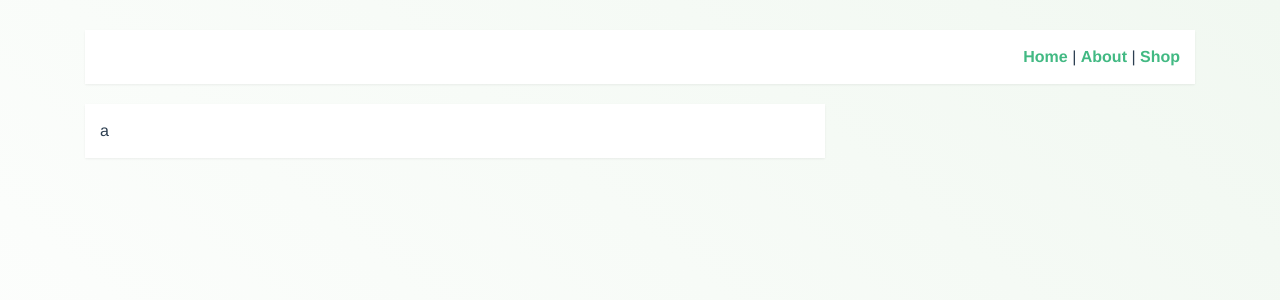
Repository: ramcd86/vuetest
Page: /#/shop
An editor plug-in stored every save of this project. The page is shown before and after the next save, followed by the edit.
The browser window is 1280 px wide. The pictures show the whole page.
The project was rebuilt for these pictures with package versions that can differ from the ones it lists, and the page was loaded fresh each time. Requests to the local data server were answered from the project's data file. Also part of the build but not shown: src/components/HelloWorld.vue, src/views/Home.vue.

Above is the page before, as saved 2019-07-08 13:37:59.

### public/index.html
<!DOCTYPE html>
<html lang="en">
  <head>
    <meta charset="utf-8">
    <meta http-equiv="X-UA-Compatible" content="IE=edge">
    <meta name="viewport" content="width=device-width,initial-scale=1.0">
    <link rel="icon" href="<%= BASE_URL %>favicon.ico">
    <link href="https://stackpath.bootstrapcdn.com/bootstrap/4.3.1/css/bootstrap.min.css" rel="stylesheet" integrity="sha384-ggOyR0iXCbMQv3Xipma34MD+dH/1fQ784/j6cY/iJTQUOhcWr7x9JvoRxT2MZw1T" crossorigin="anonymous">
    <link href="https://stackpath.bootstrapcdn.com/font-awesome/4.7.0/css/font-awesome.min.css" rel="stylesheet" integrity="sha384-wvfXpqpZZVQGK6TAh5PVlGOfQNHSoD2xbE+QkPxCAFlNEevoEH3Sl0sibVcOQVnN" crossorigin="anonymous">
    <title>storeapp</title>
    <style>
    body {
      margin: 0px;
      padding: 0px;
    }
    .container-fluid {
      background: rgb(241,248,241);
      background: -moz-linear-gradient(220deg, rgba(241,248,241,1) 0%, rgba(255,255,255,1) 100%);
      background: -webkit-linear-gradient(220deg, rgba(241,248,241,1) 0%, rgba(255,255,255,1) 100%);
      background: linear-gradient(220deg, rgba(241,248,241,1) 0%, rgba(255,255,255,1) 100%);
      filter: progid:DXImageTransform.Microsoft.gradient(startColorstr="#f1f8f1",endColorstr="#ffffff",GradientType=1);
      min-height: 100vh;
      padding-bottom: 200px;
    }
    </style>
  </head>
  <body>
    <noscript>
      <strong>We're sorry but storeapp doesn't work properly without JavaScript enabled. Please enable it to continue.</strong>
    </noscript>
    <main  class="container-fluid">
    <div id="app"></div>
  </main>
    <!-- built files will be auto injected -->
  </body>
</html>

### src/App.vue
<template>
  <div id="app">
    <div id="nav" class="container">
    <div class="row">
      <div class="col-12 block text-right">
            <router-link to="/">Home</router-link> |
            <router-link to="/about">About</router-link> |
            <router-link :to="{ name: 'shop', params: { queryData } }">Shop</router-link>
      </div>
    </div>
        <router-view />
    </div>

  </div>
</template>


<script>
import { get, post } from "@/helpers/Utilities.js";

export default {


  data() {
    return {
      get: get,
      post: post,

      queryData:  {
        shirts: '',
        shoes: ''
      }
    };
  },

  created() {
    this.get("http://localhost:3000/shirts").then(resp => {
      this.queryData.shrts = JSON.parse(resp);
    });
    this.get("http://localhost:3000/shoes").then(resp => {
      this.queryData.shoes = JSON.parse(resp);
    });

  },

  methods: {},

  mounted() {
    console.log(this.queryData);
  }
};
</script>


<style lang="scss">

.block {
  background-color: #fff;
  padding: 15px;
  // border-radius: 10px;
    box-shadow: 0 1px 3px rgba(0,0,0,0.03), 0 1px 2px rgba(0,0,0,0.03);
  transition: all 0.3s cubic-bezier(.25,.8,.25,1);
  margin-bottom: 20px
}

#app {
  font-family: "Avenir", Helvetica, Arial, sans-serif;
  -webkit-font-smoothing: antialiased;
  -moz-osx-font-smoothing: grayscale;
  // text-align: center;
  color: #2c3e50;
}
#nav {
  padding: 30px;
  a {
    font-weight: bold;
    color: #42b983;
    &.router-link-exact-active {
      color: #42b983;
    }
  }
}
</style>

### src/router.js
import Vue from 'vue'
import Router from 'vue-router'
import Home from './views/Home.vue'
import Shop from './views/Shop.vue'

Vue.use(Router)

export default new Router({
  routes: [
    {
      path: '/',
      name: 'home',
      component: Home
    },
    {
      path: '/shop',
      name: 'shop',
      component: Shop,
      props: true
    },
    {
      path: '/about',
      name: 'about',
      // route level code-splitting
      // this generates a separate chunk (about.[hash].js) for this route
      // which is lazy-loaded when the route is visited.
      component: () => import(/* webpackChunkName: "about" */ './views/About.vue')
    }
  ]
})

### src/helpers/Utilities.js
export const logger = (arg) => {
    console.log(arg);
}


export const post = (value) => {
    return new Promise((resolve, reject) => {
        const request = new XMLHttpRequest();
        request.timeout = 2000;
        request.open('POST', value.url, true);
        request.setRequestHeader('Content-Type', 'application/x-www-form-urlencoded; charset=UTF-8');
        request.send(value.data);
        request.onreadystatechange = (e) => {
            if (request.readyState === 4) {
                if (request.status === 200) {
                    resolve(request.response);
                } else {
                    reject(request.status);
                }
            }
        };
        request.timeout = () => {
            reject("The operation timed out.");
        };
    });

}

export const get = (url) => {
    return new Promise((resolve, reject) => {
        const request = new XMLHttpRequest();
        request.timeout = 2000;
        request.onreadystatechange = function (e) {
            if (request.readyState === 4) {
                if (request.status === 200) {
                    resolve(request.response);
                } else {
                    reject(request.status);
                }
            }
        };
        request.ontimeout = function () {
            reject("The operation timed out.");
        };
        request.open('get', url, true);
        request.send();
    });
}

### src/views/Shop.vue

// Template
<template>
    <div class="row">
    <div class="col-8 block text-left">
        <ProductList v-bind:products="queryData"></ProductList>
    </div>
    <div class="col-4">
    </div>

    </div>
</template>

// Script
<script>

import ProductList from '@/components/ProductList.vue'

export default {

    components: {
        ProductList
    },

    name: 'shop',

    props: ['queryData'],

    data() {
        return {
            dataSet: [],
            inputData: ''
            }
    },

    created() {
        this.dataSet = this.queryData;
    },

    mounted() {
        // console.log(this.dataSet);
    },

    // watch: {
    //     inputData(val) {
    //         console.log(val)
    //     }
    // }
}
</script>

// Style
<style lang="scss" scoped>


</style>

### src/components/ProductList.vue

// Template
<template>
    <div class="row">
        <div class="col-12">
                <div v-for="item in products" v-bind:key="item.id">
                    {{item.id}} | {{item.first_name}} {{item.last_name}} | {{item.email}}
                </div>
                a
        </div>
    </div>
</template>

// Script
<script>
export default {
    name: 'productlist',

    props: {
        products: Array
    },

    data() {
        return {
            productData: [],
            // productData: ''
            }
    },

    created() {
        this.dataSet = this.productData;
    },

    mounted() {
        console.log(this.products);
    },

    watch: {
        inputData(val) {
            console.log(val)
        }
    }
}
</script>

// Style
<style lang="scss" scoped>


</style>

### src/mock/db.json
{
  "employees": [
    {
      "id": 1,
      "first_name": "Sebastian",
      "last_name": "Eschweiler",
      "email": "sebastian@codingthesmartway.com"
    },
    {
      "id": 2,
      "first_name": "Steve",
      "last_name": "Palmer",
      "email": "steve@codingthesmartway.com"
    },
    {
      "id": 3,
      "first_name": "Ann",
      "last_name": "Smith",
      "email": "ann@codingthesmartway.com"
    }
  ],
  "shirts": [
    {
      "id": 1,
      "shirtName": "Long Polo",
      "shirtColor": ["Black", "White", "Hawaiian", "Blue", "Yellow", "Red", "Green"],
      "shirtSize": ["XXS", "XS", "S", "M", "L", "XL", "XXL"],
      "price": 10.99
    },
    {
        "id": 2,
        "shirtName": "V-Neck Cuff",
        "shirtColor": ["Black", "White", "Hawaiian", "Blue", "Yellow", "Red", "Green"],
        "shirtSize": ["XXS", "XS", "S", "M", "L", "XL", "XXL"],
        "price": 9.99
      },
      {
        "id": 3,
        "shirtName": "Patch Tee",
        "shirtColor": ["Black", "White", "Hawaiian", "Blue", "Yellow", "Red", "Green"],
        "shirtSize": ["XXS", "XS", "S", "M", "L", "XL", "XXL"],
        "price": 13.99
      },
      {
        "id": 4,
        "shirtName": "High Tee",
        "shirtColor": ["Black", "White", "Hawaiian", "Blue", "Yellow", "Red", "Green"],
        "shirtSize": ["XXS", "XS", "S", "M", "L", "XL", "XXL"],
        "price": 19.99
      },
      {
        "id": 5,
        "shirtName": "Low Tee",
        "shirtColor": ["Black", "White", "Hawaiian", "Blue", "Yellow", "Red", "Green"],
        "shirtSize": ["XXS", "XS", "S", "M", "L", "XL", "XXL"],
        "price": 20.99
      },
      {
        "id": 6,
        "shirtName": "Round Cut",
        "shirtColor": ["Black", "White", "Hawaiian", "Blue", "Yellow", "Red", "Green"],
        "shirtSize": ["XXS", "XS", "S", "M", "L", "XL", "XXL"],
        "price": 16.99
      },
      {
        "id": 7,
        "shirtName": "Short Cut",
        "shirtColor": ["Black", "White", "Hawaiian", "Blue", "Yellow", "Red", "Green"],
        "shirtSize": ["XXS", "XS", "S", "M", "L", "XL", "XXL"],
        "price": 12.99
      },
      {
        "id": 8,
        "shirtName": "Button Trim",
        "shirtColor": ["Black", "White", "Hawaiian", "Blue", "Yellow", "Red", "Green"],
        "shirtSize": ["XXS", "XS", "S", "M", "L", "XL", "XXL"],
        "price": 7.99
      },
      {
        "id": 9,
        "shirtName": "",
        "shirtColor": ["Black", "White", "Hawaiian", "Blue", "Yellow", "Red", "Green"],
        "shirtSize": ["XXS", "XS", "S", "M", "L", "XL", "XXL"],
        "price": 5.99
      }
  ],
  "shoes": [
    {
      "id": 1,
      "shirtName": "Nike Run",
      "shirtColor": ["Street", "Green", "Rainbow", "Panther", "Cammo", "Sports", "Electric"],
      "shirtSize": [4, 5, 6, 7, 8, 9, 10, 11, 12, 13],
      "price": 59.99
    },
    {
        "id": 2,
        "shirtName": "Asics Treader",
        "shirtColor": ["Street", "Green", "Rainbow", "Panther", "Cammo", "Sports", "Electric"],
        "shirtSize": [4, 5, 6, 7, 8, 9, 10, 11, 12, 13],
        "price": 49.99
      },
      {
        "id": 3,
        "shirtName": "Reebok Feet",
        "shirtColor": ["Street", "Green", "Rainbow", "Panther", "Cammo", "Sports", "Electric"],
        "shirtSize": [4, 5, 6, 7, 8, 9, 10, 11, 12, 13],
        "price": 99.99
      },
      {
        "id": 4,
        "shirtName": "Addidias Hiker",
        "shirtColor": ["Street", "Green", "Rainbow", "Panther", "Cammo", "Sports", "Electric"],
        "shirtSize": [4, 5, 6, 7, 8, 9, 10, 11, 12, 13],
        "price": 39.99
      },
      {
        "id": 5,
        "shirtName": "Maran AmBUlates",
        "shirtColor": ["Street", "Green", "Rainbow", "Panther", "Cammo", "Sports", "Electric"],
        "shirtSize": [4, 5, 6, 7, 8, 9, 10, 11, 12, 13],
        "price": 149.99
      },
      {
        "id": 6,
        "shirtName": "House Sprinters",
        "shirtColor": ["Street", "Green", "Rainbow", "Panther", "Cammo", "Sports", "Electric"],
        "shirtSize": [4, 5, 6, 7, 8, 9, 10, 11, 12, 13],
        "price": 89.99
      },
      {
        "id": 7,
        "shirtName": "Dukang Ionics",
        "shirtColor": ["Street", "Green", "Rainbow", "Panther", "Cammo", "Sports", "Electric"],
        "shirtSize": [4, 5, 6, 7, 8, 9, 10, 11, 12, 13],
        "price": 239.99
      },
      {
        "id": 8,
        "shirtName": "Yeezy's",
        "shirtColor": ["Street", "Green", "Rainbow", "Panther", "Cammo", "Sports", "Electric"],
        "shirtSize": [4, 5, 6, 7, 8, 9, 10, 11, 12, 13],
        "price": 239.99
      },
      {
        "id": 9,
        "shirtName": "Fetchwear Black Opal",
        "shirtColor": ["Black", "White", "Hawaiian", "Blue", "Yellow", "Red", "Green"],
        "shirtSize": ["XXS", "XS", "S", "M", "L", "XL", "XXL"],
        "price": 74.99
      }
  ]
}

Loaded but not shown: src/main.js (common file)

After the next save:
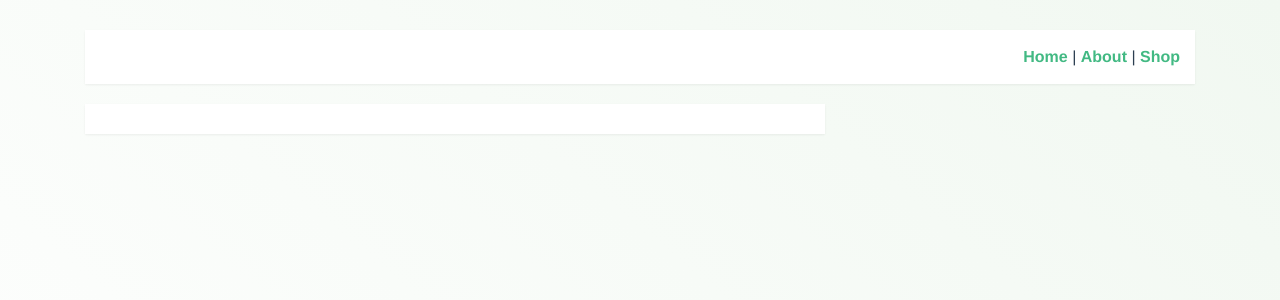
Saved 33 s later.
--- a/src/components/ProductList.vue
+++ b/src/components/ProductList.vue
@@ -3,8 +3,8 @@
 <template>
     <div class="row">
         <div class="col-12">
-                <div v-for="item in products" v-bind:key="item.id">
-                    {{item.id}} | {{item.first_name}} {{item.last_name}} | {{item.email}}
+                <div v-for="item in products.shirts" v-bind:key="item.id">
+                    {{item.shirtName}} | {{item.first_name}} {{item.last_name}} | {{item.email}}
                 </div>
                 a
         </div>

After the 3 saves that followed:
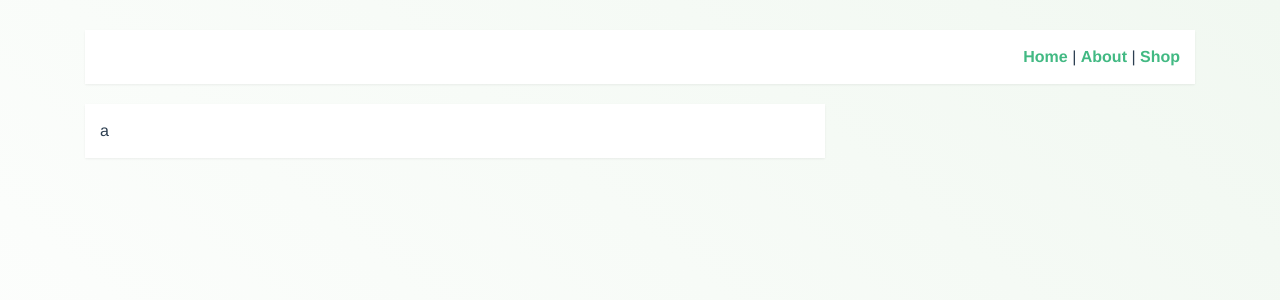
The 3 saves are shown as one change because 2 left the picture as it was.
The last was saved 70 s later.
--- a/src/App.vue
+++ b/src/App.vue
@@ -35,7 +35,7 @@ export default {
 
   created() {
     this.get("http://localhost:3000/shirts").then(resp => {
-      this.queryData.shrts = JSON.parse(resp);
+      this.queryData.shirts = JSON.parse(resp);
     });
     this.get("http://localhost:3000/shoes").then(resp => {
       this.queryData.shoes = JSON.parse(resp);
--- a/src/components/ProductList.vue
+++ b/src/components/ProductList.vue
@@ -3,9 +3,7 @@
 <template>
     <div class="row">
         <div class="col-12">
-                <div v-for="item in products.shirts" v-bind:key="item.id">
-                    {{item.shirtName}} | {{item.first_name}} {{item.last_name}} | {{item.email}}
-                </div>
+
                 a
         </div>
     </div>
@@ -17,7 +15,7 @@
     name: 'productlist',
 
     props: {
-        products: Array
+        products: Object
     },
 
     data() {
@@ -32,7 +30,7 @@
     },
 
     mounted() {
-        console.log(this.products);
+        console.log(this.products.shirts);
     },
 
     watch: {
